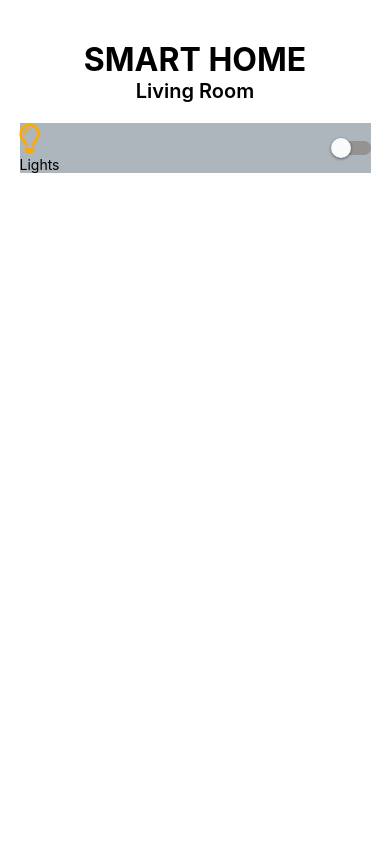
Repository: NQD2308/CNTT3
Screen: / (app in Week 5/home work/ListThietBi/)
The author's editor kept a copy of each file at every save. The screen is drawn from the files as they stood at one save, then again after a run of saves.
The app was drawn by React Native's web renderer in a window 390 px wide. The project was rebuilt for these pictures with package versions that can differ from the ones it lists, and the page was loaded fresh each time.

Above is the screen before, as saved 2024-04-11 22:36:35.

### Week 5/home work/ListThietBi/App.js
import { StatusBar } from 'expo-status-bar';
import { StyleSheet, Text, View, Switch } from 'react-native';
import F5Icon from 'react-native-vector-icons/FontAwesome5';

export default function App() {
  return (
    <View style={styles.container}>
      <StatusBar style="auto" backgroundColor="gray"/>
      <Text style={styles.headerText}>SMART HOME</Text>
      <Text style={styles.headerLittleText}>Living Room</Text>
      <View style={styles.option}>
        <View style={styles.leftSide}>
        <F5Icon name="lightbulb" size={30} color={'#ffaa00'} />
        <Text>Lights</Text>
        </View>
        <Switch/>
      </View>
    </View>
  );
}

const styles = StyleSheet.create({
  container: {
    flex: 1,
    backgroundColor: '#fff',
    alignItems: 'center',
    marginTop: 40
  },
  headerText: {
    fontSize: 32,
    fontWeight: 'bold'
  },
  headerLittleText: {
    fontSize: 20,
    fontWeight: '600',
    marginBottom: 20
  },
  option: {
    width: '90%',
    backgroundColor: '#adb5bd',
    flexDirection: 'row',
    justifyContent: 'space-between',
    alignItems: 'center'
  },
});

After the next 3 saves:
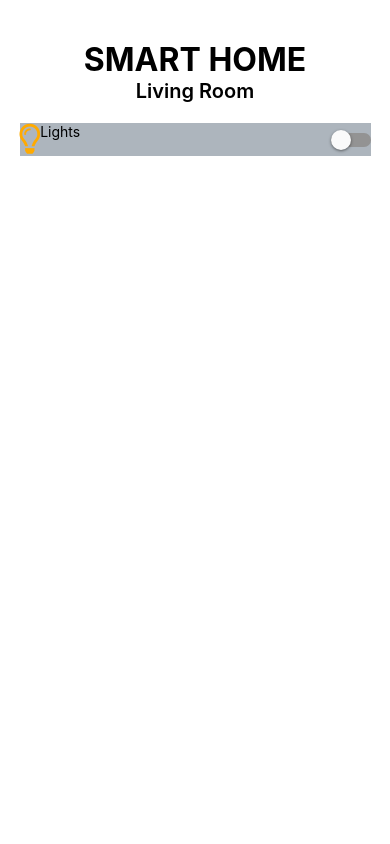
The 3 saves are shown as one change because they came seconds apart.
The last was saved 25 s later.
--- a/Week 5/home work/ListThietBi/App.js
+++ b/Week 5/home work/ListThietBi/App.js
@@ -42,4 +42,7 @@ const styles = StyleSheet.create({
     justifyContent: 'space-between',
     alignItems: 'center'
   },
+  leftSide: {
+    flexDirection: 'row'
+  }
 });
